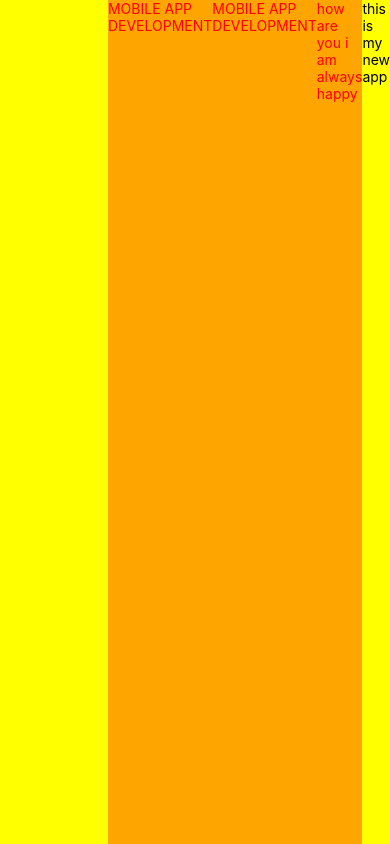
Repository: 2000-Nanayaw/MobileApp
Screen: /
These files come from the project's save history. The screen is drawn as it stood at one moment and after the next save; the edit follows.
The app was drawn by React Native's web renderer in a window 390 px wide. The project was rebuilt for these pictures with package versions that can differ from the ones it lists, and the page was loaded fresh each time.

Above is the screen before, as saved 2023-08-26 03:15:14.

### App.js
// import { StatusBar } from "expo-status-bar";
// import { Button, StyleSheet, Text, View, TextInput } from "react-native";

// function App() {
//   return (
//     <View style={styles.container}>
//       <View style={styles.container}>
//         <Text style={styles.color1}>SKY community school</Text>
//         <Button title="THIS IS MY NEW APP" />
//       </View>
//       <StatusBar style="auto" />
//     </View>
//   );
// }
// const styles = StyleSheet.create({
//   container: {
//     flex: 1,
//     backgroundColor: "steelblue",
//     alignItems: "center",
//     justifyContent: "center",
//   },
//   color1: {
//     color: "yellow",
//     backgroundColor: "red"
//   },
// });

// export default App;

import { StatusBar } from "expo-status-bar";
import { Button, Text, TextInput, View, StyleSheet } from "react-native";

function jsar() {
  return (
    <View style={style.container}>
      <Text>this is my new app</Text>
      <Text style={style.colors}>how are you i am always happy</Text>
      <Text style={style.colors}>MOBILE APP DEVELOPMENT</Text>
      <Text style={style.colors}>MOBILE APP DEVELOPMENT</Text>
      <TextInput title="MOBILE APP DEVELOPMENT" />
      <Button title="this is a good button" />
    </View>
  );
}
const style = StyleSheet.create({
  colors: {
    backgroundColor: "orange",
    color: "red",
  },
  container: {
    flex: 1,
    backgroundColor: "yellow",
    flexDirection: "row-reverse",
  },
});
export default jsar;

After the next save:
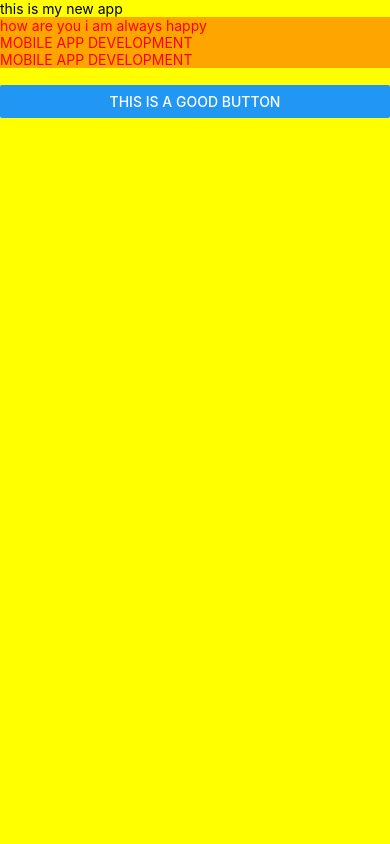
Saved 58 s later.
--- a/App.js
+++ b/App.js
@@ -50,7 +50,7 @@ const style = StyleSheet.create({
   container: {
     flex: 1,
     backgroundColor: "yellow",
-    flexDirection: "row-reverse",
+    flexDirection: "column",
   },
 });
 export default jsar;
